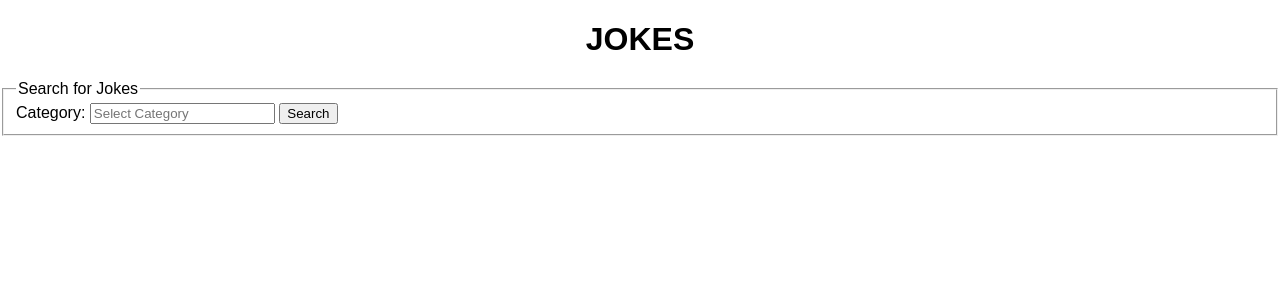
Repository: kaitlynMidori/dadJokeApi
Page: index.html
These files come from the project's save history. The page is drawn as it stood at one moment and after the next save; the edit follows.
The browser window is 1280 px wide. The pictures show the whole page.
Some web libraries are served in a nearby version.

Above is the page before, as saved 2021-01-05 20:28:41.
Console error: SyntaxError: Unexpected token '.'

### index.html
<!DOCTYPE html>
<html lang="en">

<head>
    <meta charset="UTF-8" />
    <meta name="viewport" content="width=device-width, initial-scale=1.0" />
    <meta http-equiv="X-UA-Compatible" content="ie=edge" />
    <title>Joke Finder</title>
    <script
    src="https://code.jquery.com/jquery-3.2.1.min.js"
    integrity="sha256-hwg4gsxgFZhOsEEamdOYGBf13FyQuiTwlAQgxVSNgt4="
    crossorigin="anonymous"></script>
<link href="styles.css" rel="stylesheet" type="text/css" />
</head>
<body>
<div class="container">
  <h1>JOKES</h1>

  <form action="#" class="js-search-form">
    <fieldset name="lyric-search">
      <legend>Search for Jokes</legend>
      <label for="query-category">Category:</label>
      <input type="text" name="query-category" id="query-category" placeholder="Select Category" list="query-category-list">
                    <datalist id="joke-category-list">
                        <option value="Any"></option>
                        <option value="Misc"></option>
                        <option value="Programming"></option>
                        <option value="Dark"></option>
                        <option value="Pun"></option>
                        <option value="Spooky"></option>
                        <option value="Christmas"></option>
                    </datalist>
      <button type="submit">Search</button>
    </fieldset>
  </form>

  <div id="js-error-message"></div>
  <section class="hidden" id="results">

  </section>
</div>
<script src="script.js"></script>
</body>
</html>

### styles.css
.web-container {
    display: flex;
    flex-direction: column;
    justify-content: center;
    align-items: center;
    width: 90%;
    margin: auto;
}

* {
    font-family: 'Nanum Gothic', sans-serif;
    color: black;
}

/* header styling */
header {
    width: 100%;
    background-color: white;
    border-style: solid;
    border-width: thin;
    border-color: black;
    margin-top: 5px;
}

h1 {
    text-align: center;
}

h2 {
    text-align: center;
}

/* Body styling */
body, html {
    margin: 0px;
    padding: 0px;
    background-color: white;
}

/* Image styling */
.image-container {
    display: flex;
    width: auto;
    height: auto;
    padding-top: 5px;
}

.image-container div {
    flex: 1;
}

.image-container img {
    margin: auto;
    padding: auto;
    border: solid;
    border-style: solid;
    border-width: thick;
    border-color: white;
}

/* Form styling */
.formWrapper {
    background-color: white;
    list-style-type: none;
    padding: 0;
    border-style: solid;
    border-width: thin;
    border-color: #fbfefb;
}

.form-container {
    padding-top: 5px;
    width: 100%;
    margin: auto;
    border: solid black thin;
}

.form-row {
    display: flex;
    justify-content: center;
    padding: .5em 1em .5em 1em;
}

.form-row >label {
    flex: 1;
}

.form-row > input {
    flex: 2;
}

.form-row > input,
.form-row > button {
    padding: .5em;
}

#submit-btn {
    width: 175px;
    max-width: 200px;
    display:flex;
    flex: 1;
    justify-content: center;
    margin-left: auto;
    margin-right: auto;
    margin-top: 30px;
	background-color:white;
	border-radius:2px;
	border:1px solid black;
	cursor:pointer;
	color:black;
	font-family:Arial;
	font-size:12px;
	font-weight:bold;
	padding:10px 10px 10px 10px;
	text-decoration:none;
}

/* results styling */
#results-list {
    display: flex;
    flex-wrap: wrap;
    justify-content: center;
    font-size: 12px;
}

.each-product-result {
    padding-left: 7px;
    list-style-type: none;
    background-color: white;
    border: lightgray;
    border-style: solid;
    border-width: thin;
    width: 200px;
}

.each-product-result > .product-name {
    display: block;
    margin-right: auto;
    margin-left: auto;
    font-size: 12px;
    width: 160px;
}

.each-product-result > .product-img {
    display: block;
    border: white;
    border-style: solid;
    border-width: thin;
    margin-left: auto;
    margin-right: auto;
    height: 150px;
    width: 150px;
}

.each-product-result > .product-price {
    font-style: italic;
}

.each-product-result > .product-description {
    font-size: 12px;
    font-weight: lighter;
    width: 180px;
}

/* YouTube video Styling */
#yt-results-list {
    display: flex;
    flex-wrap: wrap;
    justify-content: center;
    font-size: 12px;
}

.each-yt-result {
    padding-left: 7px;
    list-style-type: none;
    background-color: white;
    border: lightgray;
    border-style: solid;
    border-width: thin;
    width: 200px;
}

.each-yt-result > .yt-title {
    display: block;
    margin-left: auto;
    margin-left: auto;
}

.each-yt-result > .yt-description {
    font-size: 12px;
    width: 180px;
}

.each-yt-result > .yt-thumbnails {
    display: block;
    border: white;
    border-style: solid;
    border-width: thin;
    margin-left: auto;
    margin-right: auto;
    height: 130px;
    width: 150px;
}

### script.js
"use strict";

function getJokes(category){
    const url = `https://v2.jokeapi.dev/joke/${category}`;
    console.log(`finding jokes for ${category}`);

    fetch(url)
    .then (response => {
        if(response.ok){
            return response.json();
        }
        throw new Error(response.statusText);
    })
    .then(responseJson => displayResults(responseJson))
    .catch(.err => {
        $("#js-error-message").text(`Something went wrong: ${err.message}`);
    })
}

function displayResults(responseJson){
    console.log(responseJson);
    $("#results").empty();
    console.log("empty");

    $("#results").append(`${responseJson.joke}`);
    $("#results").append(`${responseJson.setup}`);
    $("#results").append(`${responseJson.delivery}`);

    $("#results").removeClass("hidden");
    console.log("displayed");
}

function watchForm() {
    $("form").submit(event => {
      event.preventDefault();
      const category = $("#query-category").val();
      getJokes(category);
    });
  }

  $(watchForm);

After the next save:
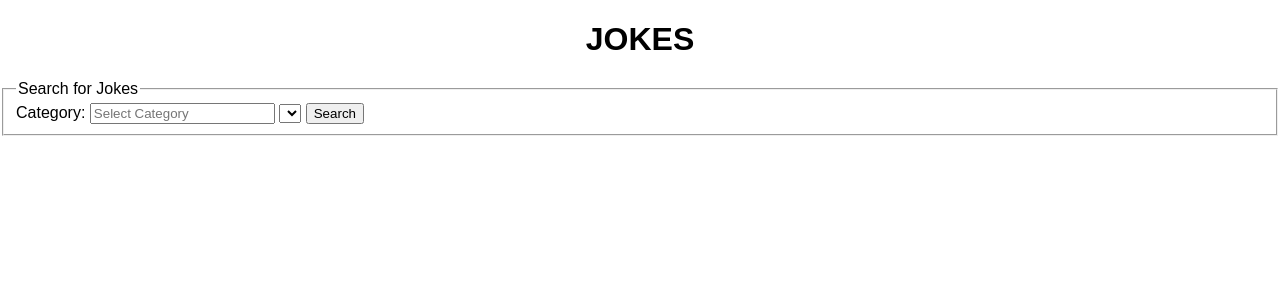
Saved 28 s later.
--- a/index.html
+++ b/index.html
@@ -21,7 +21,7 @@
       <legend>Search for Jokes</legend>
       <label for="query-category">Category:</label>
       <input type="text" name="query-category" id="query-category" placeholder="Select Category" list="query-category-list">
-                    <datalist id="joke-category-list">
+                    <select id="joke-category-list">
                         <option value="Any"></option>
                         <option value="Misc"></option>
                         <option value="Programming"></option>
@@ -29,7 +29,7 @@
                         <option value="Pun"></option>
                         <option value="Spooky"></option>
                         <option value="Christmas"></option>
-                    </datalist>
+                    </select>
       <button type="submit">Search</button>
     </fieldset>
   </form>
